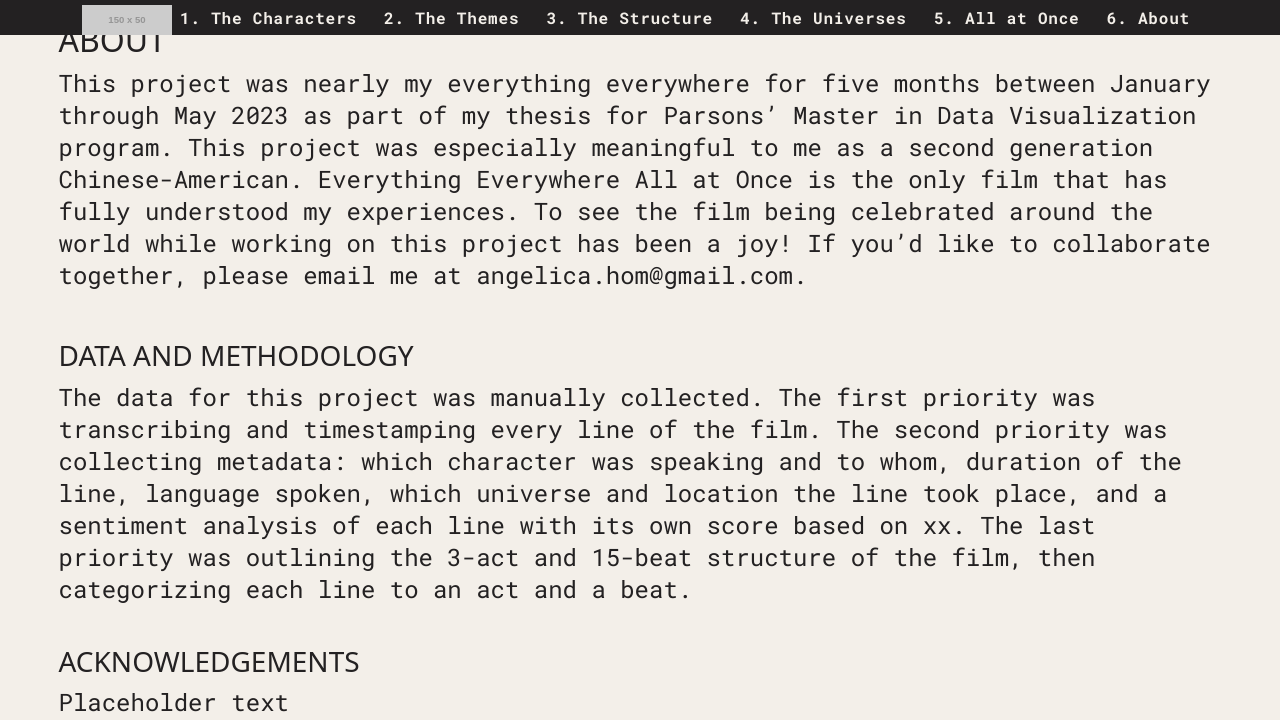
Repository: angelica-hom/msdv-thesis
Page: about.html
The author's editor kept a record of every edit. The page is drawn from the files as they stood at one moment, then again after the next edit.
The browser window is 1280 px wide. The pictures show the whole page.

Above is the page before.

### about.html
<!doctype html>
<html lang="en">
<head>
    <meta charset="utf-8">
    <meta name="viewport" content="width=device-width, initial-scale=1">
    <link href="https://cdn.jsdelivr.net/npm/bootstrap@5.1.3/dist/css/bootstrap.min.css" rel="stylesheet">
    <link href="about.css" rel="stylesheet">
    <title>Decoding Everything Everywhere All at Once</title>
</head>
<body>
  <nav class="navbar navbar-expand-lg navbar-custom">
        <div class="container">
            <a class="navbar-brand" href="#">
                <img src="https://via.placeholder.com/150x50" alt="Your Brand" height="30">
            </a>
            <div class="collapse navbar-collapse" id="navbarNav">
                <ul class="navbar-nav mx-auto">
                    <li class="nav-item">
                        <a class="nav-link" href="characters.html">1. The Characters</a>
                    </li>
                    <li class="nav-item">
                        <a class="nav-link" href="themes.html">2. The Themes</a>
                    </li>
                    <li class="nav-item">
                        <a class="nav-link" href="structure.html">3. The Structure</a>
                    </li>
                    <li class="nav-item">
                        <a class="nav-link" href="universes.html">4. The Universes</a>
                    </li>
                    <li class="nav-item">
                        <a class="nav-link" href="once.html">5. All at Once</a>
                    </li>
                    <li class="nav-item">
                        <a class="nav-link" href="about.html">6. About</a>
                    </li>
                </ul>
            </div>
        </div>
    </nav>

    <div class="container-fluid hero-container d-flex justify-content-center align-items-center">
        <div>
            <h2>ABOUT</h2>
            <p>This project was nearly my everything everywhere for five months between January through May 2023 as part of my thesis for Parsons’ Master in Data Visualization program. This project was especially meaningful to me as a second generation Chinese-American. Everything Everywhere All at Once is the only film that has fully understood my experiences. To see the film being celebrated around the world while working on this project has been a joy! If you’d like to collaborate together, please email me at angelica.hom@gmail.com.<br>
            <br><h3>DATA AND METHODOLOGY</h3>
            <p>The data for this project was manually collected. The first priority was transcribing and timestamping every line of the film. The second priority was collecting metadata: which character was speaking and to whom, duration of the line, language spoken, which universe and location the line took place, and a sentiment analysis of each line with its own score based on xx. The last priority was outlining the 3-act and 15-beat structure of the film, then categorizing each line to an act and a beat.</p>
            <br><h3>ACKNOWLEDGEMENTS</h3>
            <p>Placeholder text</p>
        </div>
    </div>

    <script>
      document.addEventListener('keydown', function (event) {
        if (event.code === 'ArrowLeft') {
          window.location.href = 'once.html';
        }
      });
    </script>

    <script src="https://cdn.jsdelivr.net/npm/@popperjs/core@2.11.6/dist/umd/popper.min.js"></script>
    <script src="https://cdn.jsdelivr.net/npm/bootstrap@5.1.3/dist/js/bootstrap.min.js"></script>
</body>
</html>

### about.css
@import url('https://fonts.googleapis.com/css2?family=Roboto+Flex:wght@100;200;300;400;500;600;700;800;900;1000&display=swap');
@import url('https://fonts.googleapis.com/css2?family=Roboto+Mono:ital,wght@0,100;0,200;0,300;0,400;0,500;0,600;0,700;1,100;1,200;1,300;1,400;1,500;1,600;1,700&display=swap');

body, html {
    height: 100%;
    margin: 0;
    overflow-x: hidden;
}

.hero-container {
    height: 100vh;
    display: flex;
    justify-content: center;
    align-items: center;
    background-color: #F3EFE9;
    color: #232122;
}

@media (max-width: 768px) {
  .hero-text {
    font-size: 2rem;
  }
}

.hero-container p {
    font-family: 'Roboto Mono', sans-serif;
    font-style: normal;
    font-weight: 400;
    font-size: 24px;
    line-height: 32px;
    display: flex;
    align-items: center;
    color: #232122;
    max-width: 1163px;
}

.navbar-custom {
    margin-bottom: 0;
    height: 35px;
    align-items: center; /* Center the navbar content vertically */
    background-color: #232122; /* New navbar background color */
    width: 100%; /* Make the navbar container wider */
    font-family: 'Roboto Mono', monospace; /* Specify the font family */
    font-weight: 700;
}

.navbar-custom .navbar-brand,
.navbar-custom .nav-link {
    color: #F3EFE9;
    padding: 0;
    line-height: 35px;
    font-size: 16px;
    letter-spacing: 0.05em;
    font-family: 'Roboto Mono', monospace;
    margin: 0; /* Add a margin to create more space between nav items */
}

.navbar-custom .navbar-nav {
    flex-grow: 1;
    display: flex;
    justify-content: space-between; /* Spread out the nav items */
}

.navbar-custom .nav-link:hover {
    color: #232122;
    background-color: #F3EFE9; /* New background color on hover */
}

.container-fluid {
    height: calc(100% - 35px); /* Subtract navbar height */
    padding: 0;
}

.main-section #content h2 {
    font-family: 'Roboto Flex', sans-serif;
    font-style: normal;
    font-weight: 200;
    font-size: 50px;
}

.main-section #content h3 {
    font-family: 'Roboto Flex', sans-serif;
    font-style: normal;
    font-weight: 800;
    font-size: 20px;
}

.main-section #content .bold {
    font-weight: 800;
}

.main-section #content p {
    font-family: 'Roboto Mono', monospace;
    font-style: normal;
    font-weight: 400;
    font-size: 16px;
}

After the next edit:
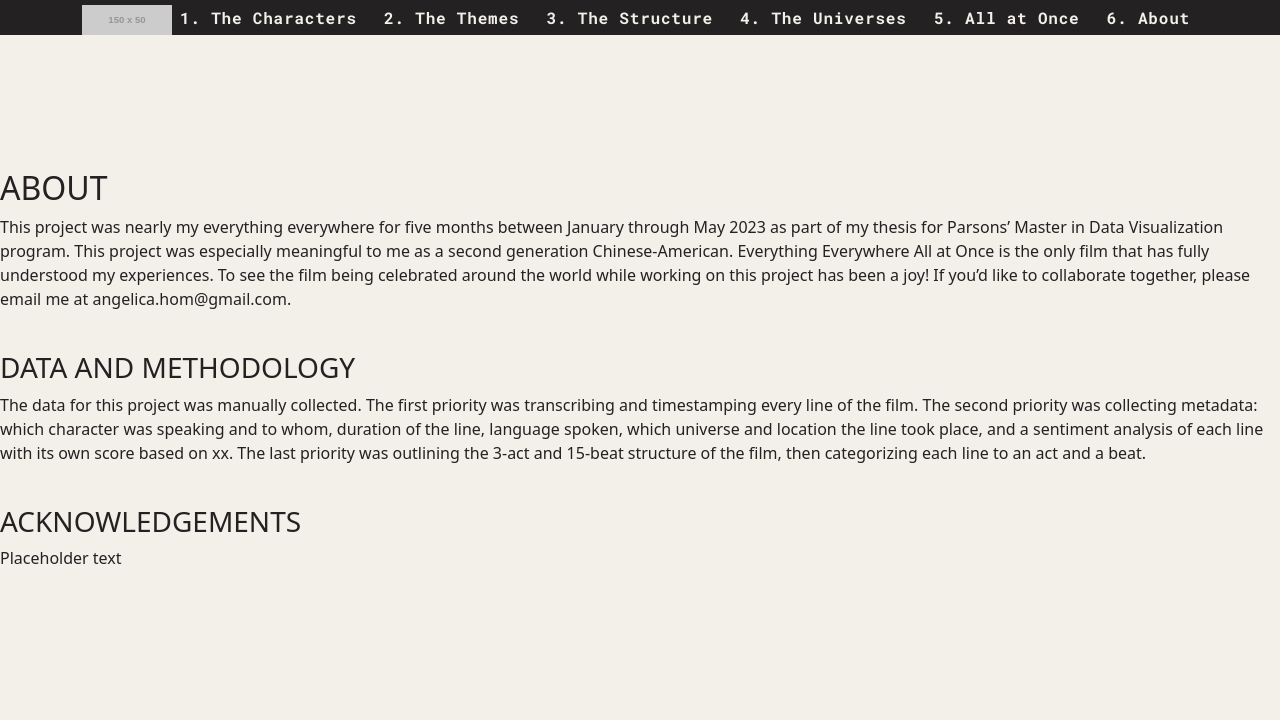
The edit:
--- a/about.css
+++ b/about.css
@@ -20,18 +20,6 @@
   .hero-text {
     font-size: 2rem;
   }
-}
-
-.hero-container p {
-    font-family: 'Roboto Mono', sans-serif;
-    font-style: normal;
-    font-weight: 400;
-    font-size: 24px;
-    line-height: 32px;
-    display: flex;
-    align-items: center;
-    color: #232122;
-    max-width: 1163px;
 }
 
 .navbar-custom {

After the 2 edits that followed:
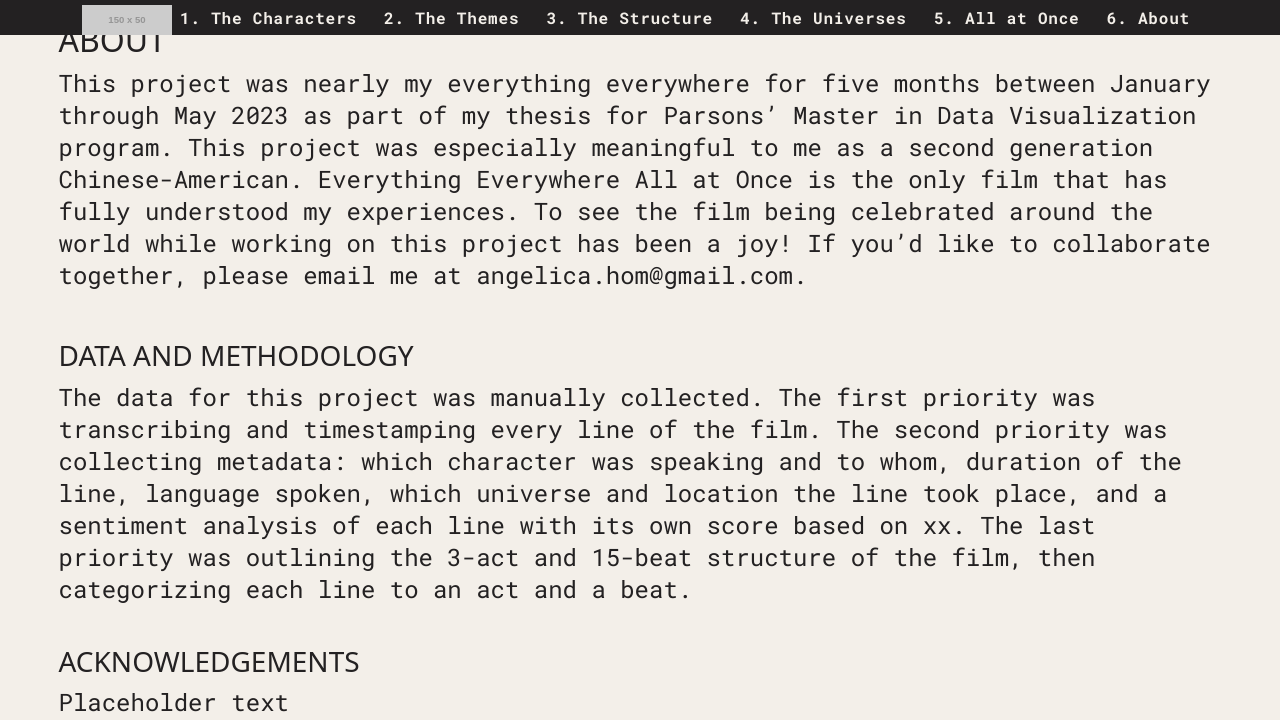
The 2 edits are shown as one change because 1 left the picture as it was.
The edit:
--- a/about.css
+++ b/about.css
@@ -20,6 +20,18 @@
   .hero-text {
     font-size: 2rem;
   }
+}
+
+.hero-container p {
+    font-family: 'Roboto Mono', sans-serif;
+    font-style: normal;
+    font-weight: 400;
+    font-size: 24px;
+    line-height: 32px;
+    display: flex;
+    align-items: center;
+    color: #232122;
+    max-width: 1163px;
 }
 
 .navbar-custom {
@@ -58,28 +70,3 @@
     height: calc(100% - 35px); /* Subtract navbar height */
     padding: 0;
 }
-
-.main-section #content h2 {
-    font-family: 'Roboto Flex', sans-serif;
-    font-style: normal;
-    font-weight: 200;
-    font-size: 50px;
-}
-
-.main-section #content h3 {
-    font-family: 'Roboto Flex', sans-serif;
-    font-style: normal;
-    font-weight: 800;
-    font-size: 20px;
-}
-
-.main-section #content .bold {
-    font-weight: 800;
-}
-
-.main-section #content p {
-    font-family: 'Roboto Mono', monospace;
-    font-style: normal;
-    font-weight: 400;
-    font-size: 16px;
-}
